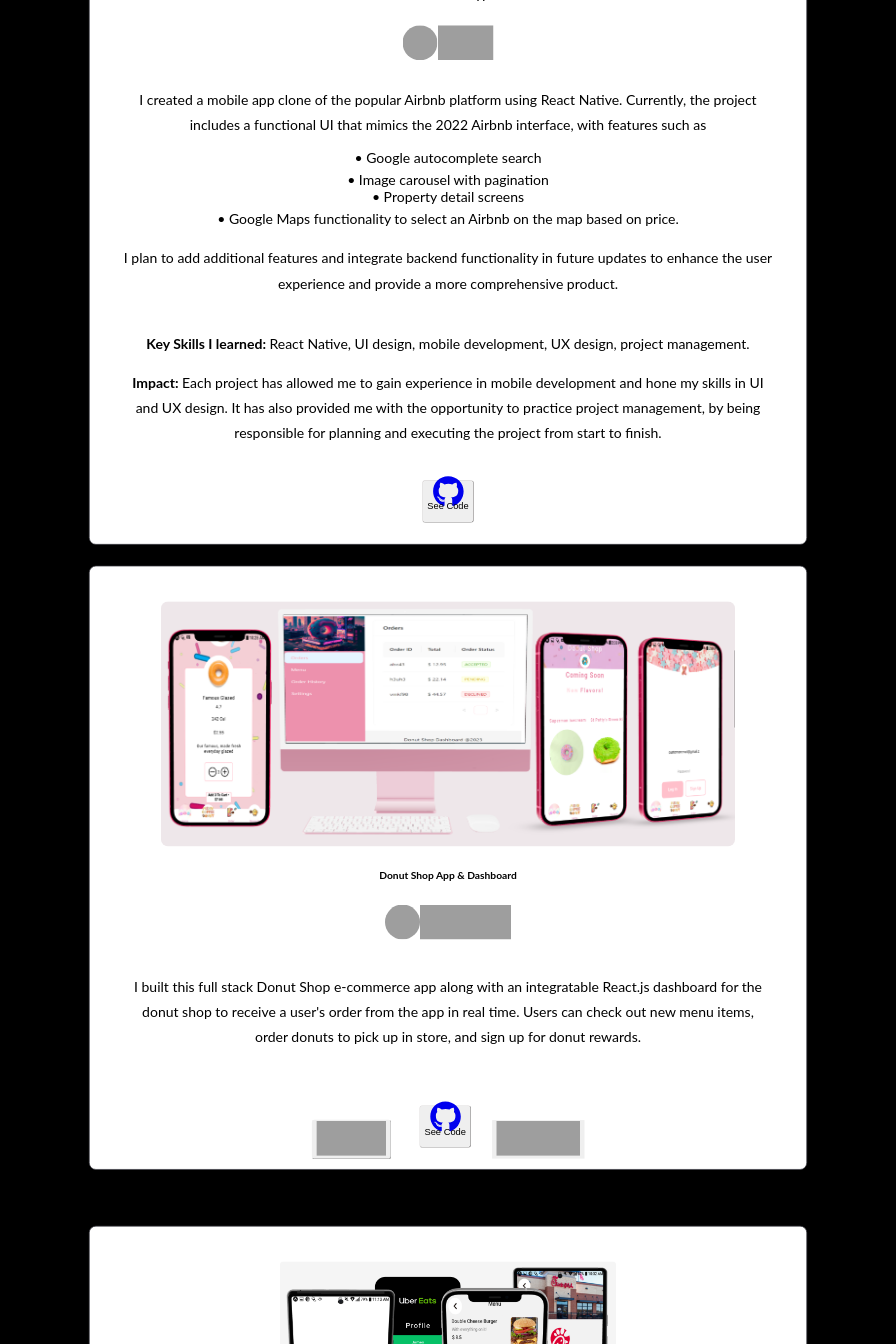
Repository: JamesPesenti/portfolio
Page: /
These files come from the project's save history. The page is drawn as it stood at one moment and after the next save; the edit follows.
The browser window is 1280 px wide. The pictures show the part of the page from y = 1943 to 3863 px (the page is 6929 px tall), at 70% of full size.
Pictures or frames that could not be fetched are drawn as grey boxes. The project was rebuilt for these pictures with package versions that can differ from the ones it lists, and the page was loaded fresh each time. Imported but missing from the stored project, and not drawn on this page: src/Components/James Pesenti Resume 2023.pdf.

Above is the page before, as saved 2023-05-05 17:11:38.

### public/index.html
<!DOCTYPE html>
<html lang="en">
  <head>
    <meta charset="utf-8" />
    <link rel="" href="" />
    <meta name="viewport" content="width=device-width, initial-scale=1" />
    <meta name="theme-color" content="#000000" />
    <meta name="description" content="James Pesenti Portfolio 2022" />
    <link rel="apple-touch-icon" href="" />
    <link rel="manifest" href="%PUBLIC_URL%/manifest.json" />

    <title>Portfolio 2023</title>

  </head>
  <body>
    <div id="root"></div>
  </body>
</html>

### src/Components/Navbar.jsx
import React, {Component} from 'react'
import { FaGithub } from "react-icons/fa";
import { FaEnvelope } from "react-icons/fa";
import { FaFile } from "react-icons/fa";
import Pdf from "../Components/James Pesenti Resume 2023.pdf"


const Navbar = () => {
  return (
    <>
          <div className="navbar flex">
            <div className="container">
                <nav>
                  <ul style={{textAlign: "center", marginTop: 70, position: 'relative', left: 0, top: -2}}>
                    <li>
                      <a className="App-link"  href="mailto:jamespesenti91@gmail.com" target="_blank" rel="noopener noreferrer">
                      <FaEnvelope size={35} style={{display: "flex", textAlign: "center", marginLeft: 10}}/>
                          Contact
                      </a>
                    </li>
                    <li>
                      <a className="App-link" href="https://github.com/JamesPesenti" target="_blank" rel="noopener noreferrer">
                        <FaGithub size={35} style={{display: "flex", textAlign: "center", marginLeft: 10}} />
                        GitHub
                      </a>
                    </li>
                    <li>
                      <a className="App-link" href={Pdf} target="_blank" rel="noopener noreferrer">
                        <FaFile size={35} style={{display: "flex", textAlign: "center", marginLeft: 10}} />
                        Resume
                      </a>
                    </li>
                  </ul>
                </nav>
                {/* <h4 style={{color: "white", textAlign: 'center', marginBottom:-440}}>
                  See my work below and send a message to get in touch
                </h4> */}
            </div>
          </div>
    </>
  )
}

export default Navbar

### src/Components/AboutMe.jsx
import React from 'react'
import { FontAwesomeIcon } from '@fortawesome/react-fontawesome'
import { FaGithub } from "react-icons/fa";
import { FaMapPin } from "react-icons/fa";

const AboutMe = () => {
  return (
    <>

        <div style={{justifyContent: "center", textAlign: "center", color: "white", padding: 50,}}>
            {/* Spinning image  */}
            {/* <img style={{padding: 10, borderRadius: "50%", width: 200, height: 200,}} src="/images/IMG_1619.jpg" className="App-logo" alt="logo" /> */}
            <img style={{padding: 10, borderRadius: "50%", width: 200, height: 200,}} src="/images/IMG_1619.jpg" alt="logo" />
            <h1>I'm James Pesenti</h1>
            <h2>a Software Developer building mobile apps and websites</h2>
              <FaMapPin size={20} style={{position: "relative", top: 5, right: 65, }} />
              <h3 style={{marginTop: -24}}> Chicago, IL</h3>
        </div>

</>
  )
}

export default AboutMe

### src/Components/Scroll.jsx
import React from 'react'
import '../CSS/App.css';


const Scroll = () => {

  return (
    <>

        <div style={{marginBottom: 400, justifyContnent: 'center'}} id="section09" class="demo">
          <a href="#parallaxContainer">
            <span></span>
            Scroll down to see my work
          </a>
        </div>

    </>
  )
}

export default Scroll

### src/Components/MyProjects.jsx
import UberGoogleButton from "../Components/UberGoogleButton"
import AstonGoogleButton from "./AstonGoogleButton"
import AstonAppleButton from "./AstonAppleButton"
import BarceGoogleButton from "../Components/BarceGoogleButton"
import BarceAppleButton from "./BarceAppleButton"
import { FaGithub } from "react-icons/fa";

const MyProjects = () => {
  return (

  <>
    <div id="parallaxContainer">

    {/* Airbnb Clone */}
    <div style={{ justifyContent: 'center', alignItems: 'center',  width: "80%", borderRadius: 10}} className="box">
            <div>
                <img style={{ borderRadius: 10, marginTop: 50, marginBottom: -35, width: "48%", height: 350, transition: ".7s", }} src="images/mockrocket-capture (11).png" />
            </div>
            <h4 style={{textAlign: 'center'}}>Airbnb Clone App</h4>
                <div style={{flexDirection: "row", padding: 10, borderRadius: 10, marginBottom: -40,}}>
                  <img style={{width: 50, height: 50, borderRadius: 50}} src="https://i.pinimg.com/originals/8a/02/1a/8a021aa097236b42dd71fb731e3d894d.gif"/>
                  <img style={{width: 80, height: 50, }} src="https://www.datocms-assets.com/45470/1631026680-logo-react-native.png"  />
                  {/* <img style={{width: 50, height: 50, }} src="https://pbs.twimg.com/profile_images/1114309924551417856/FKA4cm2x_400x400.png"  /> */}
                </div>
            <p style={{fontSize: 20, textAlign: 'center', padding: 40, marginBottom: -50}}>I created a mobile app clone of the popular Airbnb platform using React Native. Currently, the project includes a functional UI that mimics the 2022 Airbnb interface, with features such as</p>
            <p style={{fontSize: 20, textAlign: 'center', padding: 0}}>&#8226; Google autocomplete search</p>
            <p style={{fontSize: 20, textAlign: 'center', padding: 0, marginBottom: -80}}>&#8226; Property detail screens</p>
            <p style={{fontSize: 20, textAlign: 'center', padding: 0}}>&#8226; Image carousel with pagination</p>
            <p style={{fontSize: 20, textAlign: 'center', padding: 0}}> &#8226; Google Maps functionality to select an Airbnb on the map based on price.</p>
            <p style={{fontSize: 20, textAlign: 'center', padding: 0}}>I plan to add additional features and integrate backend functionality in future updates to enhance the user experience and provide a more comprehensive product.</p>
            <p style={{fontSize: 20, textAlign: 'center', padding: 30, marginBottom: -80}}><b> Key Skills I learned: </b>React Native, UI design, mobile development, UX design, project management.</p>
            <p style={{fontSize: 20, textAlign: 'center', padding: 50}}><b> Impact: </b> Each project has allowed me to gain experience in mobile development and hone my skills in UI and UX design. It has also provided me with the opportunity to practice project management, by being responsible for planning and executing the project from start to finish.</p>

            <div style={{flexDirection: "row"}}>
                {/* <UberGoogleButton  /> */}
                <button style={{marginTop: 10}} type="button" className="codeButton">
                  <a href="https://github.com/JamesPesenti/Airbnb" target="_blank" rel="noopener noreferrer">
                    <FaGithub  size={45} style={{ marginTop: -80, marginBottom: -25, justifyContent: "center", textAlign: "center"}} />
                  </a>
                  <p>See Code</p>
                </button>
                {/* <AstonAppleButton  /> */}
            </div>

        </div>


     {/* Donut Shop App */}
     <div style={{marginTop: 30, marginBottom: 20, justifyContent: 'center', alignItems: 'center',  width: "80%", borderRadius: 10}} className="box">
            <div>
                <img style={{ borderRadius: 10, marginTop: 50, width: "80%", height: 350, transition: ".7s", }} src="/images/appAndDashMock.png" />
            </div>
            <h4 style={{textAlign: 'center'}}>Donut Shop App & Dashboard</h4>
                <div style={{flexDirection: "row", padding: 10, borderRadius: 10, marginBottom: -40,}}>
                  <img style={{width: 50, height: 50, borderRadius: 50}} src="https://i.pinimg.com/originals/8a/02/1a/8a021aa097236b42dd71fb731e3d894d.gif"/>
                  <img style={{width: 80, height: 50, }} src="https://www.datocms-assets.com/45470/1631026680-logo-react-native.png"  />
                  <img style={{width: 50, height: 50, }} src="https://pbs.twimg.com/profile_images/1114309924551417856/FKA4cm2x_400x400.png"  />
                </div>
            <p style={{fontSize: 20,textAlign: 'center', padding: 50}}>I built this full stack Donut Shop e-commerce app along with an integratable React.js dashboard for the donut shop to receive a user's order from the app in real time. Users can check out new menu items, order donuts to pick up in store, and sign up for donut rewards.</p>

            <div style={{flexDirection: "row"}}>
                <UberGoogleButton  />
                <button style={{marginTop: 40}} type="button" className="codeButton">
                  <a href="https://github.com/JamesPesenti/Donut_Shop" target="_blank" rel="noopener noreferrer">
                    <FaGithub  size={45} style={{ marginTop: -80, marginBottom: -25, justifyContent: "center", textAlign: "center"}} />
                  </a>
                  <p>See Code</p>
                </button>
                <AstonAppleButton  />
            </div>

        </div>


    {/* Uber Eats App */}
    <div style={{marginTop: 80, marginBottom: 60, justifyContent: 'center', alignItems: 'center',  width: "80%", borderRadius: 10}} className="box">
            <div className="imgWrapper" style={{width: 480, height: 350}}>
                <img style={{ borderRadius: 5, marginTop: 50, width: "100%", height: 300, transition: ".7s", }} src="/images/UberEatsLast.png" />
            </div>
            <h4 style={{textAlign: 'center'}}>Uber Eats Clone App</h4>
                <div style={{flexDirection: "row", padding: 10, borderRadius: 10, marginBottom: -40,}}>
                  <img style={{width: 50, height: 50, borderRadius: 50}} src="https://i.pinimg.com/originals/8a/02/1a/8a021aa097236b42dd71fb731e3d894d.gif"/>
                  <img style={{width: 80, height: 50, }} src="https://www.datocms-assets.com/45470/1631026680-logo-react-native.png"  />
                  <img style={{width: 50, height: 50, }} src="https://pbs.twimg.com/profile_images/1114309924551417856/FKA4cm2x_400x400.png" />
                </div>
            <p style={{fontSize: 20,textAlign: 'center', padding: 50}}>A full stack React Native app inspired by the UberEats user app. I utilized AWS Amplify's datastore to configure the back-end to query and save customer's orders and used Amazon Cognito for user registration, authentication, & account recovery.</p>

            <div style={{flexDirection: "row"}}>
                <UberGoogleButton  />
                <button style={{marginTop: 40}} type="button" className="codeButton">
                  <a href="https://github.com/JamesPesenti/UberEatsClone" target="_blank" rel="noopener noreferrer">
                    <FaGithub  size={45} style={{ marginTop: -80, marginBottom: -20, justifyContent: "center", textAlign: "center"}} />
                  </a>
                  <p>See Code</p>
                </button>
                <AstonAppleButton  />
            </div>

        </div>


     {/* Aston Waikiki App */}
       <div style={{marginTop: 80, marginBottom: 120, justifyContent: 'center', alignItems: 'center',  width: "80%", borderRadius: 10}} className="box">
            <div className="imgWrapper" style={{width: 450, height: 350}}>
                <img style={{ marginTop: 50, width: "100%", height: "auto", transition: ".7s", }} src="/images/astonmock.png" />
            </div>
            <h4 style={{textAlign: 'center'}}>Aston Waikiki Hotel UI</h4>
                <div style={{flexDirection: "row", padding: 10, borderRadius: 10, marginBottom: -40,}}>
                  <img style={{width: 50, height: 50, borderRadius: 50}} src="https://i.pinimg.com/originals/8a/02/1a/8a021aa097236b42dd71fb731e3d894d.gif"/>
                  <img style={{width: 80, height: 50, }} src="https://www.datocms-assets.com/45470/1631026680-logo-react-native.png"  />
                </div>
            <p style={{fontSize: 20,textAlign: 'center', padding: 50}}>A React Native UI design I created to reimagine the hotel Aston Waikiki Beach's website into a cross platform mobile app. I used most of the content and images from the current website and utilized both Bottom Tabs, Drawer navigation and other React Native libraries for a better user experience.</p>

            <div style={{flexDirection: "row"}}>
                <AstonGoogleButton  />
                <button style={{marginTop: 40}} type="button" className="codeButton">
                        <a href="https://github.com/JamesPesenti/AstonWaikikiBeachApp" target="_blank" rel="noopener noreferrer">
                            <FaGithub  size={45} style={{ marginTop: -80, marginBottom: -20, justifyContent: "center", textAlign: "center"}} />
                        </a>
                        <p>See Code</p>
                </button>
                <AstonAppleButton  />
            </div>

        </div>


    {/* Barcelona App */}
       <div style={{marginTop: 20, marginBottom: 120, justifyContent: 'center', alignItems: 'center',  width: "80%", borderRadius: 10}} className="box">
            <div className="imgWrapper" style={{width: 650, height: 300}}>
                <img style={{ marginTop: 30, width: "100%", height: 250, transition: ".7s", }} src="/images/barcelonamockup.png" />
            </div>
            <h4 style={{textAlign: 'center'}}>Barcelona Tourist App</h4>
                <div style={{flexDirection: "row", padding: 10, borderRadius: 10, marginBottom: -20,}}>
                <img style={{width: 80, height: 50,}} src="https://www.datocms-assets.com/45470/1631026680-logo-react-native.png"  />
                <img style={{width: 50, height: 50, borderRadius: 50}} src="https://i.pinimg.com/originals/8a/02/1a/8a021aa097236b42dd71fb731e3d894d.gif"/>
                </div>
            <p style={{fontSize: 20, textAlign: 'center', padding: 50}}>I created this React Native app for visitors of Barcelona Spain to save pictures and locations of their favorite places. I used pop-up modals for users to quickly get information on popular sights and used geolocation with google maps so users can save their location and select it on the map.</p>

            <div style={{flexDirection: "row"}}>
               <BarceAppleButton  />
                <button style={{marginTop: 40}} type="button" className="codeButton">
                        <a href="https://github.com/JamesPesenti/BarcelonaApp" target="_blank" rel="noopener noreferrer">
                            <FaGithub  size={45} style={{ marginTop: -80, marginBottom: -20, justifyContent: "center", textAlign: "center"}} />
                        </a>
                        <p>See Code</p>
                </button>
                <BarceGoogleButton  />
            </div>

        </div>

    {/* IAR React App */}
        {/* <div style={{marginBottom: 0, justifyContent: 'center', alignItems: 'center',  width: "80%", borderRadius: 10}} className="box">
            <img style={{ width: 600, height: 350, borderRadius: 10, borderWidth: 2, borderColor: "green"}} src="/images/innermock.png" />
            <h4 style={{textAlign: 'center'}}>Inner Aura Readings Website</h4>
            <div style={{flexDirection: "row", padding: 10, borderRadius: 10}}>
                <img src="https://www.logo.wine/a/logo/React_(web_framework)/React_(web_framework)-Logo.wine.svg" style={{width: 100, height: 50,}} />
                <img className="logoBox" src="https://cdn.pixabay.com/photo/2017/08/05/11/16/logo-2582747_1280.png" style={{width: 50, height: 50,}} />
            </div>
            <p style={{fontSize: 20, textAlign: 'center', padding: 50}}>This was the first official React.js web app that I developed. I made it for a friend who wanted to reach more customers with a mobile friendly website. I made multiple iterations and converted it into a PWA for offline operability with native like performance. </p>
            <button style={{marginTop: 0}} type="button" className="codeButton">
                        <a href="https://github.com/JamesPesenti/InnerAuraReadings2022" target="_blank" rel="noopener noreferrer">
                            <FaGithub  size={45} style={{ marginTop: -80, marginBottom: -20, justifyContent: "center", textAlign: "center"}} />
                        </a>
                        <p>See Code</p>
            </button>

        </div> */}


{/* REapp */}
        {/* <div style={{marginBottom: 100, justifyContent: 'center', alignItems: 'center',  width: "80%", borderRadius: 10,}} className="box">
        <img style={{marginTop: 50, width: 800, height: 350, borderRadius: 10, borderWidth: 2, borderColor: "green"}} src="/images/remockup.png" />
            <h4 style={{textAlign: 'center'}}>Real Estate Listing Website </h4>
            <div style={{flexDirection: "row", padding: 10, borderRadius: 10}}>
                <img src="https://www.logo.wine/a/logo/React_(web_framework)/React_(web_framework)-Logo.wine.svg" style={{width: 100, height: 50,}} />
                <img src="https://img.icons8.com/color/480/cloud-firestore.png" style={{width: 50, height: 50,}} />
                <img src="https://raw.githubusercontent.com/JamesPesenti/RealEstateApp/16b046b3d34b4a26468627e906dc503be8911b73/src/assets/svg/googleIcon.svg" style={{marginBottom: 8, width: 100, height: 30,}} />
            </div>
            <p style={{fontSize: 20, textAlign: 'center', padding: 50}}>Real Estate listing website built with React, FireStore database and Google OAuth to sign in with a google account. You can search listings for rent/sale and login to your account to create a listing and save offers. Inspiration and back-end code taken from Brad Traversey's React course I took on Udemy.</p>
            <button style={{marginTop: 40}} type="button" className="codeButton">
                        <a href="https://github.com/JamesPesenti/RealEstateApp" target="_blank" rel="noopener noreferrer">
                            <FaGithub  size={45} style={{ marginTop: -80, marginBottom: -20, justifyContent: "center", textAlign: "center"}} />
                        </a>
                        <p>See Code</p>
            </button>
        </div> */}

    </div>


    </>
  )
}

export default MyProjects

### src/Components/UberGoogleButton.jsx
import React from 'react'


const UberGoogleButton = () => {
  return (
    <>
    <button type="button" style={{marginRight: 40, borderWidth: .1, borderColor: '#efefef', borderRadius: 5}}>
        <a href="https://expo.dev/accounts/jimpesenti/projects/UberEats/builds/b9dfcb73-dd37-4009-b5f9-7d24a72b937d">
            <img style={{width: 100, height: 50, borderRadius: 0}} src="https://logos-world.net/wp-content/uploads/2020/12/Google-Play-Logo-500x281.png"/>
        </a>
    </button>
    </>
  )
}

export default UberGoogleButton

### src/Components/AstonGoogleButton.jsx
import React from 'react'


const AstonGoogleButton = () => {
  return (
    <>
    <button type="button" style={{marginRight: 40, borderWidth: .1, borderColor: '#efefef', borderRadius: 5}}>
        <a href="https://play.google.com/store/apps/details?id=com.jamespesenti91.astonwaikikibeach">
            <img style={{width: 100, height: 50, borderRadius: 0}} src="https://logos-world.net/wp-content/uploads/2020/12/Google-Play-Logo-500x281.png"/>
        </a>
    </button>
    </>
  )
}

export default AstonGoogleButton

### src/Components/AstonAppleButton.jsx
import React from 'react'

const AstonAppleButton = () => {
  return (
    <>
    <button type="submit" style={{marginLeft: 30, borderWidth: 0,}}  >
        <a href="">
            <img style={{width: 120, height: 50, borderRadius: 0}} src="https://images.squarespace-cdn.com/content/v1/5b549a7f3c3a53487c250f58/1597439116255-P7ME5MNOIWQLJS1X4CPP/Apple+App+Store+Logo+Button.png"/>
        </a>
    </button>
    </>
  )
}

export default AstonAppleButton

### src/Components/BarceGoogleButton.jsx
import React from 'react'


const BarceGoogleButton = () => {
  return (
    <>
    <button type="button" style={{marginLeft: 30, borderWidth: .1, borderColor: '#efefef', borderRadius: 5}}>
        <a href="https://play.google.com/store/apps/details?id=com.jamespesenti91.VisitBarcelona">
            <img style={{width: 100, height: 50, borderRadius: 0}} src="https://logos-world.net/wp-content/uploads/2020/12/Google-Play-Logo-500x281.png" alt="barceButton"/>
        </a>
    </button>
    </>
  )
}

export default BarceGoogleButton

### src/Components/BarceAppleButton.jsx
import React from 'react'

const BarceAppleButton = () => {
  return (
    <>
    <button type="submit" style={{marginRight: 30, borderWidth: 0,}}  >
        <a href="">
            <img style={{width: 120, height: 50, borderRadius: 0}} src="https://images.squarespace-cdn.com/content/v1/5b549a7f3c3a53487c250f58/1597439116255-P7ME5MNOIWQLJS1X4CPP/Apple+App+Store+Logo+Button.png"/>
        </a>
    </button>
    </>
  )
}

export default BarceAppleButton

Loaded but not shown: src/index.js (common file); src/reportWebVitals.js (common file); src/serviceWorkerRegistration.js (137 lines, source omitted); src/App.js (33 lines, source omitted); src/CSS/App.css (351 lines, source omitted); src/CSS/index.css (197 lines, source omitted)

After the next save:
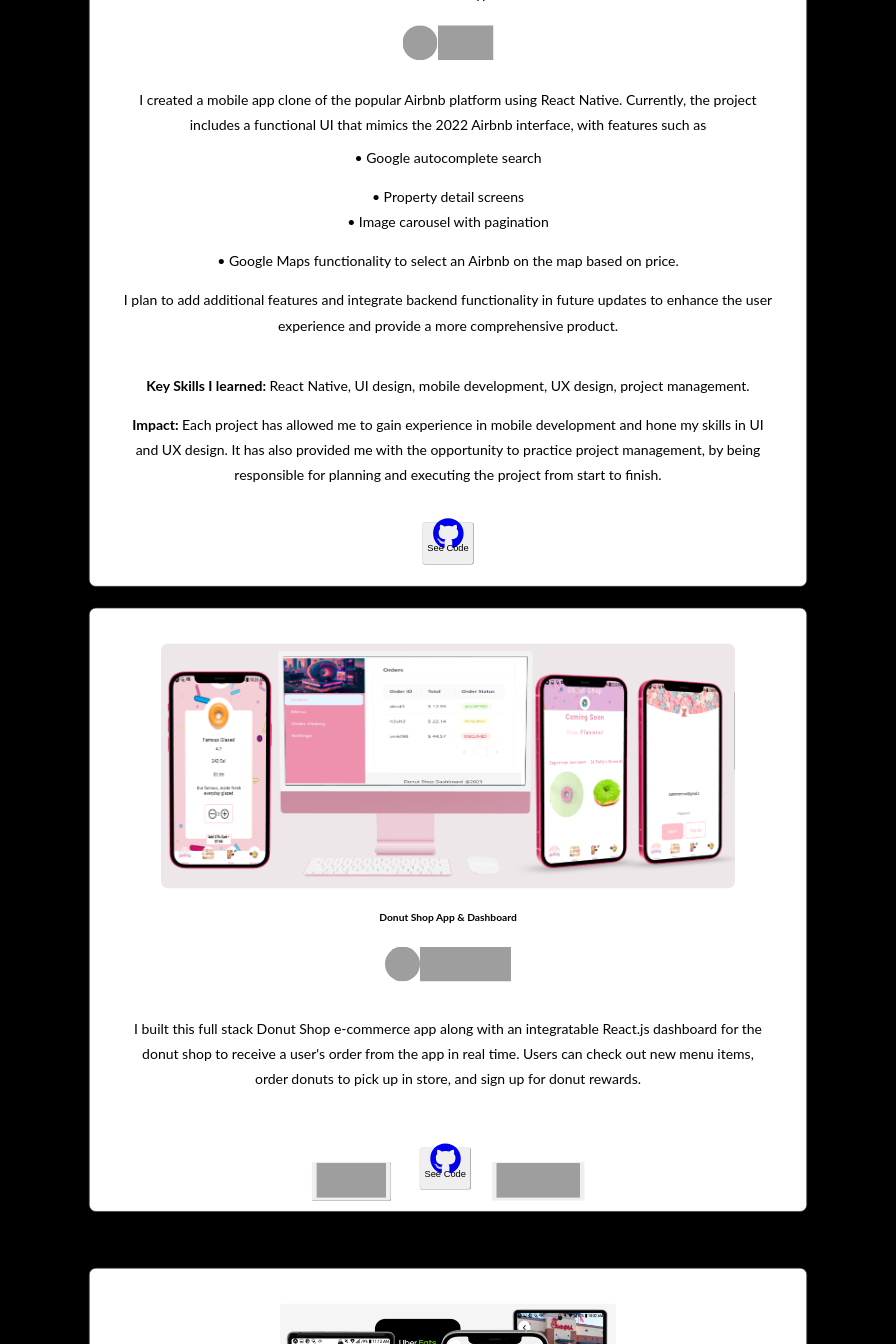
Saved 5 s later.
--- a/src/Components/MyProjects.jsx
+++ b/src/Components/MyProjects.jsx
@@ -24,7 +24,7 @@
                 </div>
             <p style={{fontSize: 20, textAlign: 'center', padding: 40, marginBottom: -50}}>I created a mobile app clone of the popular Airbnb platform using React Native. Currently, the project includes a functional UI that mimics the 2022 Airbnb interface, with features such as</p>
             <p style={{fontSize: 20, textAlign: 'center', padding: 0}}>&#8226; Google autocomplete search</p>
-            <p style={{fontSize: 20, textAlign: 'center', padding: 0, marginBottom: -80}}>&#8226; Property detail screens</p>
+            <p style={{fontSize: 20, textAlign: 'center', padding: 0, marginBottom: -20}}>&#8226; Property detail screens</p>
             <p style={{fontSize: 20, textAlign: 'center', padding: 0}}>&#8226; Image carousel with pagination</p>
             <p style={{fontSize: 20, textAlign: 'center', padding: 0}}> &#8226; Google Maps functionality to select an Airbnb on the map based on price.</p>
             <p style={{fontSize: 20, textAlign: 'center', padding: 0}}>I plan to add additional features and integrate backend functionality in future updates to enhance the user experience and provide a more comprehensive product.</p>
